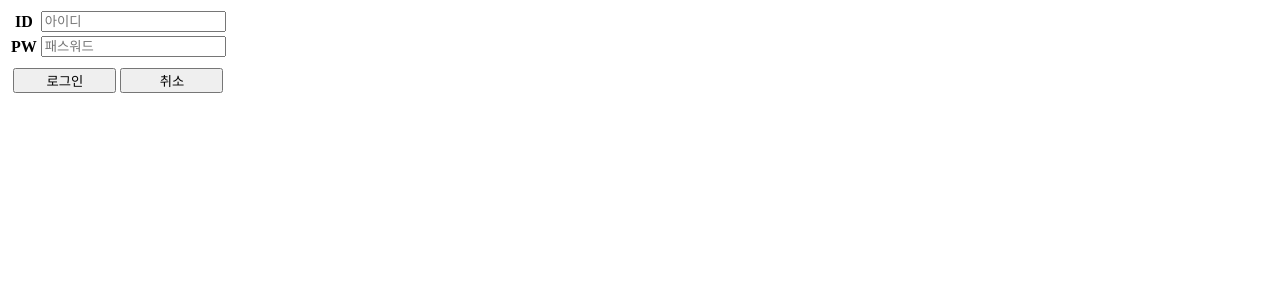
Repository: onpul/TEAM1
Page: http://localhost/Riding/mj/LoginForm.jsp
These files come from the project's save history. The page is drawn as it stood at one moment and after the next save; the edit follows.
The browser window is 1280 px wide. The pictures show the whole page.
The page is served by Tomcat 9. Other server files are loaded and not shown.

Above is the page before, as saved 2022-06-04 09:57:18.

### Riding/WebContent/mj/LoginForm.jsp
<%@ page contentType="text/html; charset=UTF-8"%>
<%
	request.setCharacterEncoding("UTF-8");
	String cp = request.getContextPath();
%>
<!DOCTYPE html>
<html>
<head>
<meta charset="UTF-8">
<title>Insert title here</title>
</head>
<body>
	<div>
		<form action="login.action" method="post" id="loginForm">
			<table>
				<tr>
					<th>
						<label for="id">ID</label>
					</th>
					<td>
						<input type="text" id="id" name="id" placeholder="아이디" required="required"/>
					</td>
				</tr>
				<tr>
					<th>
						<label>PW</label>
					</th>
					<td>
						<input type="password" id="pw" name="pw" placeholder="패스워드" required="required"/>
					</td>
				</tr>

				<tr style="height: 5px;">
					<!-- 공간을 두기 위해 비어있는 tr -->
				</tr>

				<tr>
					<th colspan="2">
						<input type="button" value="로그인" id="submitBtn" class="btn"
						style="width: 48%"/>
						<input type="reset" value="취소" id="resetBtn" class="btn"
						style="width: 48%"/>
						<br><br>

						<span id="err" style="color: red; display: none;"></span>
					</th>
				</tr>

			</table>
		</form>
	</div>
</body>
</html>

After the next save:
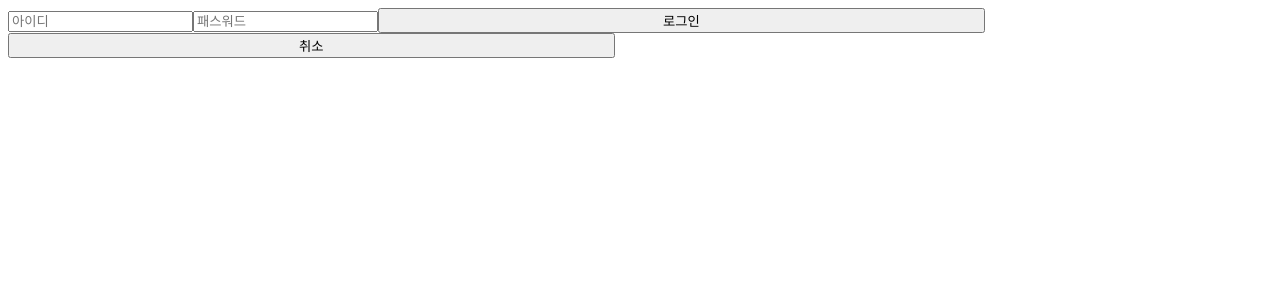
Saved 27 s later.
--- a/Riding/WebContent/mj/LoginForm.jsp
+++ b/Riding/WebContent/mj/LoginForm.jsp
@@ -13,39 +13,12 @@
 	<div>
 		<form action="login.action" method="post" id="loginForm">
 			<table>
-				<tr>
-					<th>
-						<label for="id">ID</label>
-					</th>
-					<td>
 						<input type="text" id="id" name="id" placeholder="아이디" required="required"/>
-					</td>
-				</tr>
-				<tr>
-					<th>
-						<label>PW</label>
-					</th>
-					<td>
 						<input type="password" id="pw" name="pw" placeholder="패스워드" required="required"/>
-					</td>
-				</tr>
-
-				<tr style="height: 5px;">
-					<!-- 공간을 두기 위해 비어있는 tr -->
-				</tr>
-
-				<tr>
-					<th colspan="2">
 						<input type="button" value="로그인" id="submitBtn" class="btn"
 						style="width: 48%"/>
 						<input type="reset" value="취소" id="resetBtn" class="btn"
 						style="width: 48%"/>
-						<br><br>
-
-						<span id="err" style="color: red; display: none;"></span>
-					</th>
-				</tr>
-
 			</table>
 		</form>
 	</div>
